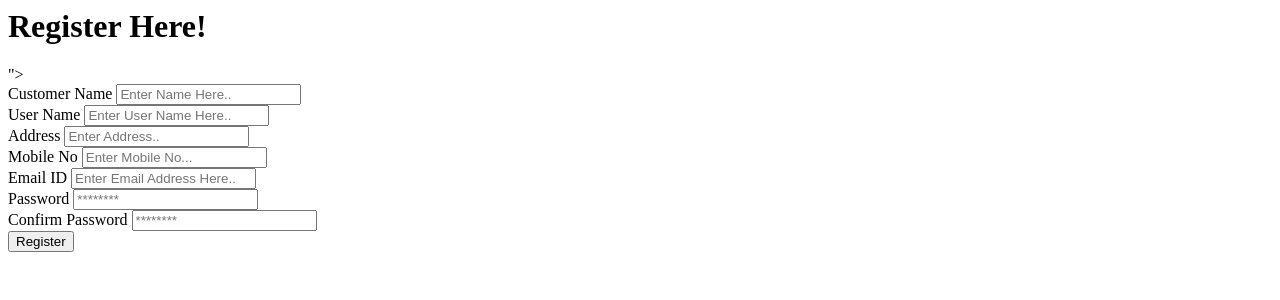
Repository: SmithaMendonca/Project-2
Page: EduCollaborationFrontend/WebContent/c_user/Register.html
An editor plug-in stored every save of this project. The page is shown before and after the next save, followed by the edit.
The browser window is 1280 px wide. The pictures show the whole page.

Above is the page before, as saved 2019-07-10 05:55:17.

### EduCollaborationFrontend/WebContent/c_user/Register.html
<div ng-controller="UserController">

<div class="container">
    <h1 class="well">Register Here!</h1>
	<div class="col-lg-12 well">
	<div class="row">
				<form method="post" action="<c:url value="/registration"/>">
					<div class="col-sm-12">
						<div class="row">
							<div class="col-sm-6 form-group">
								<label>Customer Name</label>
								<input type="text" name="customerName" ng-model="userDetail.name" placeholder="Enter Name Here.." class="form-control">
							</div>
							 <div class="col-sm-6 form-group">
								<label>User Name</label>
								<input type="text" name="userName" ng-model="userDetail.username" placeholder="Enter User Name Here.." class="form-control">
					    	</div>
						</div>

					   <div class="row">
						<div class="col-sm-6 form-group">
							<label>Address</label>
							<input type="text"  class="form-control" name="address" ng-model="userDetail.address" placeholder="Enter Address..">
						</div>
						<div class="row">
						<div class="col-sm-6 form-group">
							<label>Mobile No</label>
							<input type="text"  class="form-control" name="mobile" ng-model="userDetail.mobileNo" placeholder="Enter Mobile No...">
						</div>
					    <div class="col-sm-6 form-group">
						<label>Email ID</label>
						<input type="text" name="email" ng-model="userDetail.emailId" placeholder="Enter Email Address Here.." class="form-control" id="mail">
					   </div>
					   </div>

					 <div class="row">
					  <div class="col-sm-6 form-group">
						<label>Password</label>
						<input type="password"  class="form-control" name="password" ng-model="userDetail.password" placeholder="********" id="pass">
					  </div>
					<div class="col-sm-6 form-group">
						<label>Confirm Password</label>
						<input type="password"  class="form-control" name="confirm-password" placeholder="********" id="confirmpass">
					</div>
					 </div>

					<div class="form-group">
                        <input name="role" type="hidden" value="ROLE_USER"/>
                     </div>

                     <div class="form-group">
                          <input name="enabled" type="hidden" value="true"/>
                       </div>
					<button type="submit" class="btn btn-lg btn-info" ng-click="return Validate()" value="Register">Register</button>
					</div>
				</form>
				</div>
	</div>
	</div>

	 <!-- Validating Password -->
<script type="text/javascript">

function Validate()
{

    var password = document.getElementById("pass").value;

    var confirmpass = document.getElementById("confirmpass").value;

    if (password != confirmpass)
     {

        alert("Password does Not Match.");
         return false;

     }

    var x= document.getElementById("mail").value;
    var atposition=x.indexOf("@");
    var dotposition=x.lastIndexOf(".");

    if (atposition<1 || dotposition<atposition+2 || dotposition+2 >=x.length)
    {
      alert("Please enter a valid e-mail address.");
      return false;
    }

  return true;
}
</script>

</div>

After the next save:
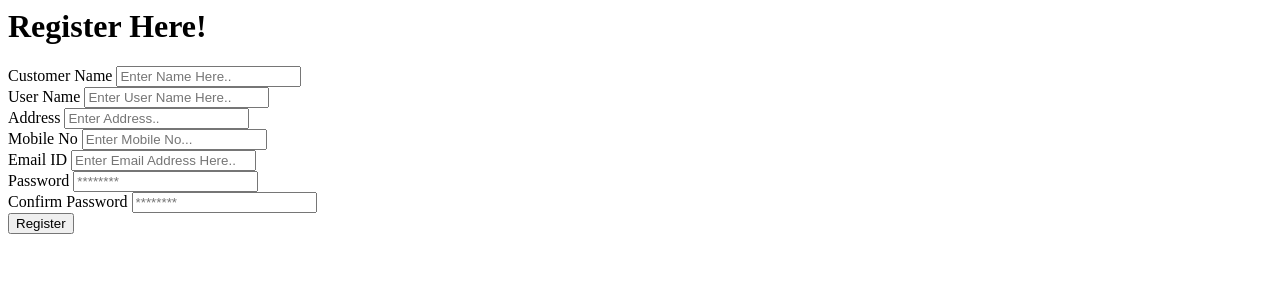
Saved 19 min 43 s later.
--- a/EduCollaborationFrontend/WebContent/c_user/Register.html
+++ b/EduCollaborationFrontend/WebContent/c_user/Register.html
@@ -4,7 +4,7 @@
     <h1 class="well">Register Here!</h1>
 	<div class="col-lg-12 well">
 	<div class="row">
-				<form method="post" action="<c:url value="/registration"/>">
+
 					<div class="col-sm-12">
 						<div class="row">
 							<div class="col-sm-6 form-group">
@@ -53,7 +53,7 @@
                        </div>
 					<button type="submit" class="btn btn-lg btn-info" ng-click="return Validate()" value="Register">Register</button>
 					</div>
-				</form>
+
 				</div>
 	</div>
 	</div>
